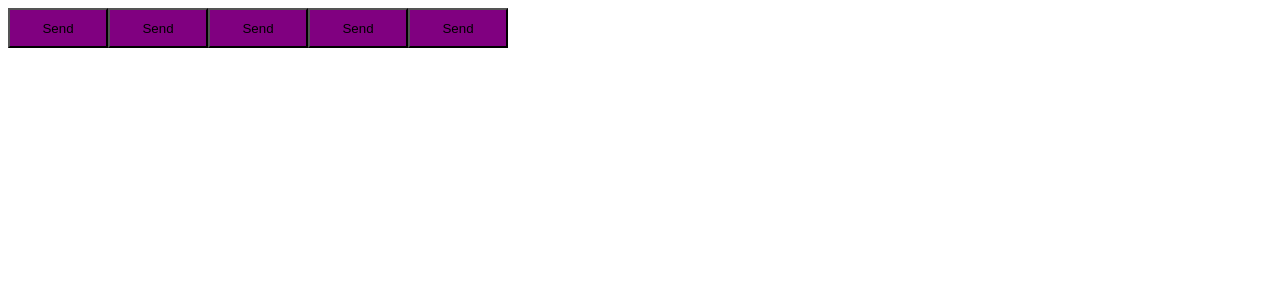
Repository: JoseGu1llardi/ignite-timer
Page: /
These files come from the project's save history. The page is drawn as it stood at one moment and after a run of saves; the edit follows.
The browser window is 1280 px wide. The pictures show the whole page.
The project was rebuilt for these pictures with package versions that can differ from the ones it lists, and the page was loaded fresh each time. Also part of the build but not shown: vite.config.ts.

Above is the page before, as saved 2023-03-17 19:32:02.

After the next 3 saves:
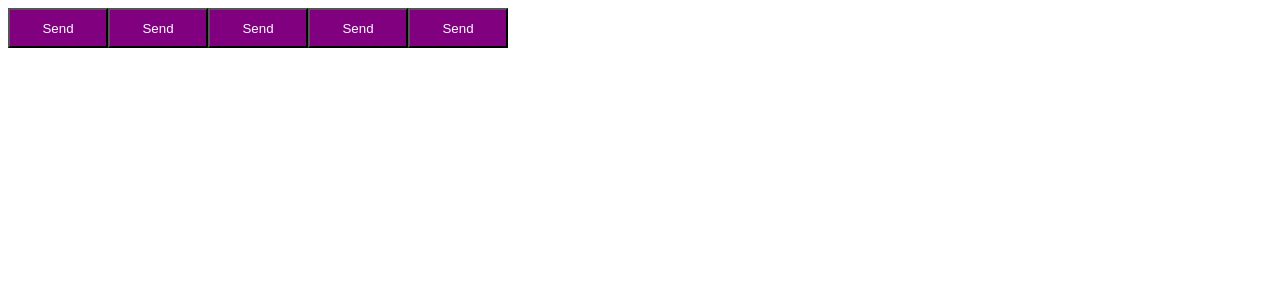
The 3 saves are shown as one change because 2 did not build or start.
The last was saved 27 s later.
--- a/src/components/Button.syles.ts
+++ b/src/components/Button.syles.ts
@@ -18,8 +18,9 @@
   height: 40px;
 
   background: ${props => props.theme.primary};
+  color: ${props => props.theme.white};
 
-  /* ${({ variant }) => css`
-    background: ${buttonVariants[variant]}
-  ` }  */
+/* ${({ variant }) => css`
+  background: ${buttonVariants[variant]}
+` }  */
 `;
